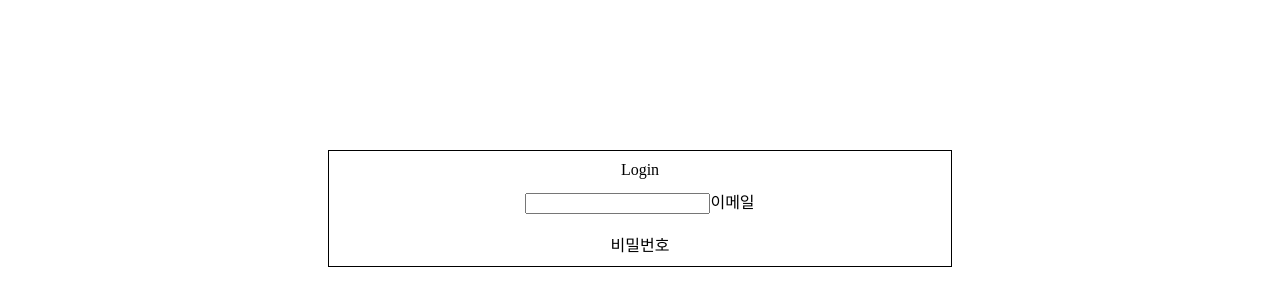
Repository: smandkd/Multicampus_Frontend
Page: http://localhost/Mulcam_Project/jsp/login.jsp
These files come from the project's save history. The page is drawn as it stood at one moment and after the next save; the edit follows.
The browser window is 1280 px wide. The pictures show the whole page.
The page is served by Tomcat 9.

Above is the page before, as saved 2022-01-30 02:04:48.

After the next save:
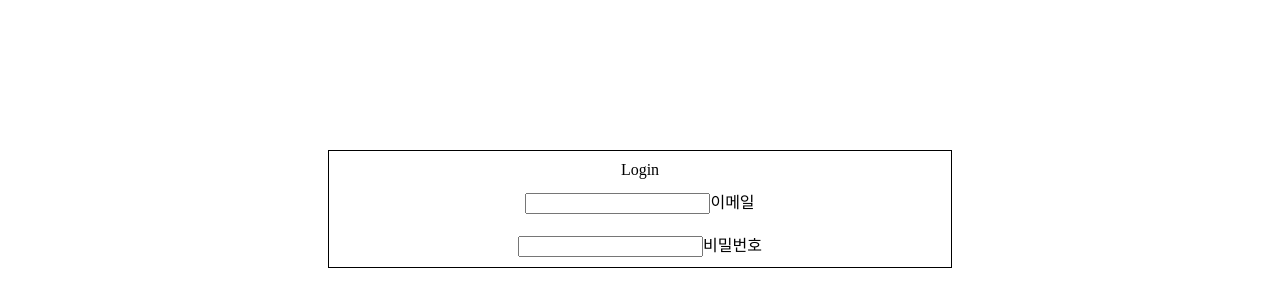
Saved 1 s later.
--- a/Mulcam_Project/jsp/login.jsp
+++ b/Mulcam_Project/jsp/login.jsp
@@ -31,7 +31,7 @@
 		</div>
 		<br/>
 		<div class="c">
-		<inputtype="text">비밀번호</form>
+		<input type="text">비밀번호</form>
 		</div>
 	</div>
 </div>
